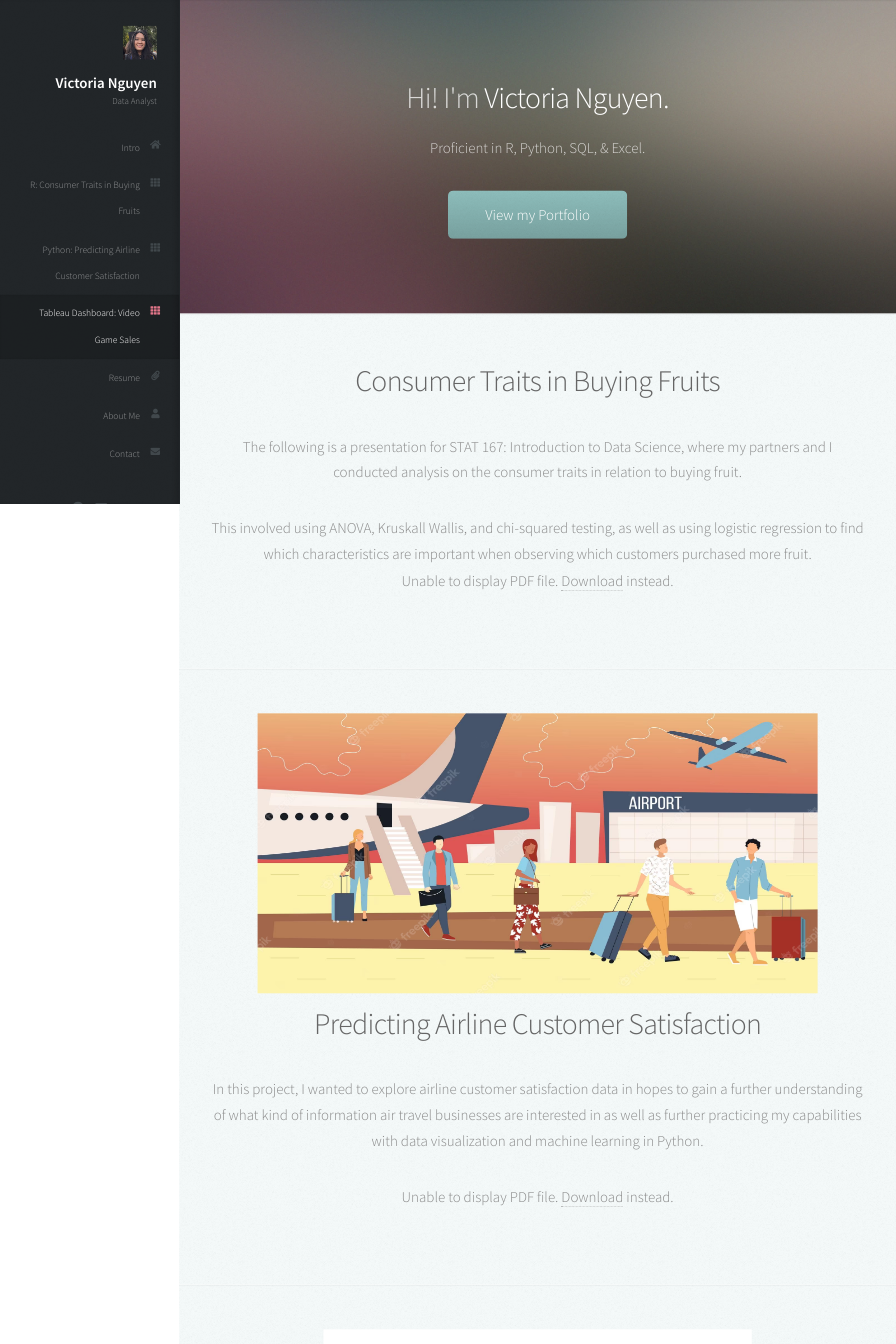
Repository: VictoriaTCNguyen/VictoriaTCNguyen
Page: index.html
The author's editor kept a copy of each file at every save. The page is drawn from the files as they stood at one save, then again after a run of saves.
The browser window is 1280 px wide. The pictures show the part of the page from y = 0 to 1920 px (the page is 5080 px tall before and 12207 px after), at 70% of full size.

Above is the page before, as saved 2023-08-21 10:49:15.

After the next 3 saves:
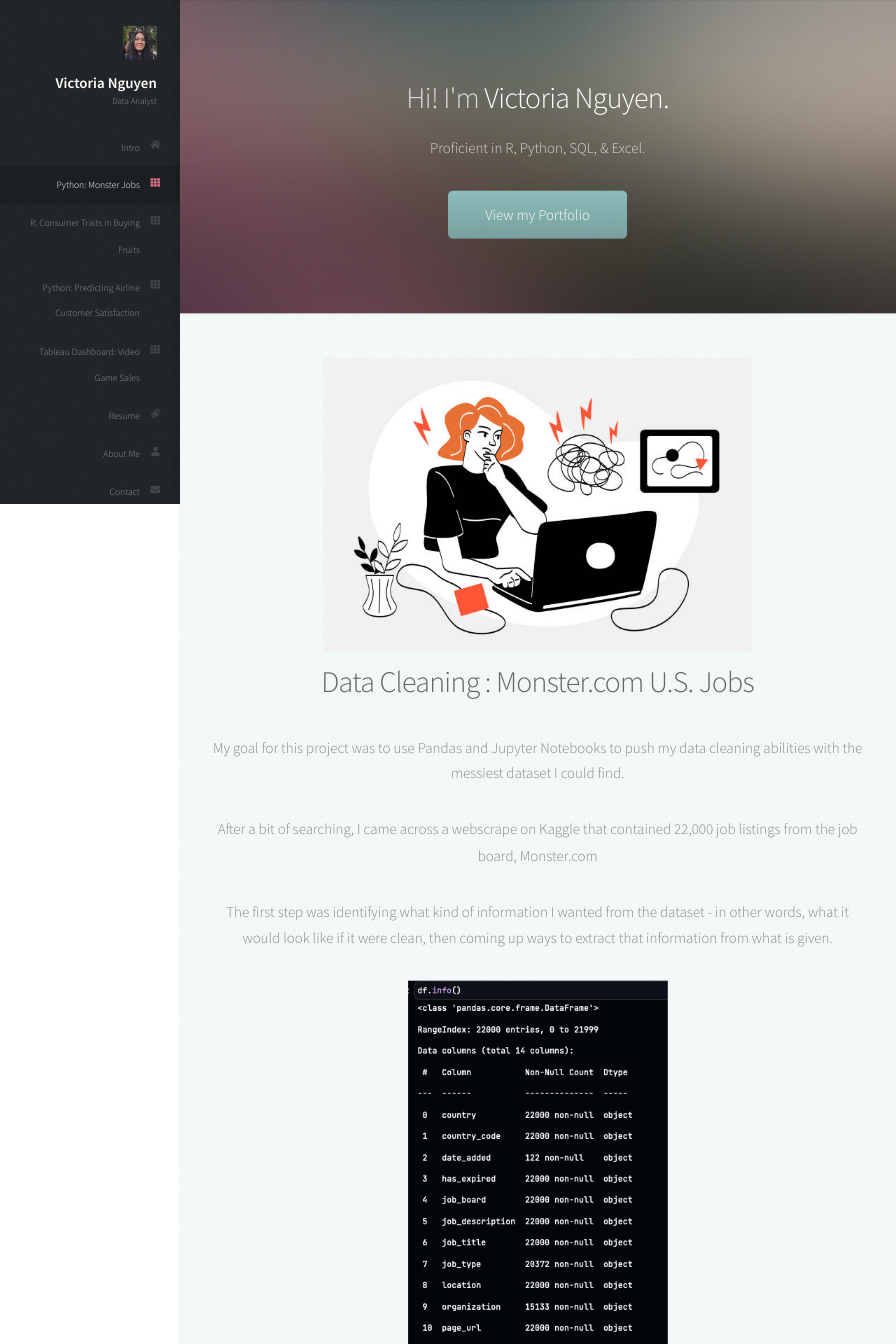
The 3 saves are shown as one change because they came seconds apart.
The last was saved 8 s later.
--- a/index.html
+++ b/index.html
@@ -30,6 +30,7 @@
 						<nav id="nav">
 							<ul>
 								<li><a href="#top" id="top-link"><span class="icon solid fa-home">Intro</span></a></li>
+								<li><a href="#portfolio" id="portfolio-link"><span class="icon solid fa-th">Python: Monster Jobs </span></a></li>
 								<li><a href="#portfolio2" id="portfolio-link"><span class="icon solid fa-th">R: Consumer Traits in Buying Fruits </span></a></li>
 								<li><a href="#portfolio3" id="portfolio-link"><span class="icon solid fa-th">Python: Predicting Airline Customer Satisfaction</span></a></li>
 								<li><a href="#portfolio4" id="portfolio-link"><span class="icon solid fa-th">Tableau Dashboard: Video Game Sales </span></a></li>
@@ -73,6 +74,90 @@
 					</section>
 
 
+				<!-- Portfolio1 -->
+				<section id="portfolio" class="two">
+					<div class="container">
+
+						<header>
+							<img src="images/istockphoto-1411855202-612x612.jpg" alt="Image of Kaggle dataset">
+							<h2>Data Cleaning : Monster.com U.S. Jobs</h2>
+						</header>
+
+						<div class="center">
+							<div class="col-4 col-12-mobile">
+
+								<p> My goal for this project was to use Pandas and Jupyter Notebooks to push my data cleaning abilities with the messiest
+									dataset I could find.</p>
+
+								<p> After a bit of searching, I came across a webscrape on Kaggle that contained 22,000 job listings from the job board,
+									Monster.com</p>
+
+								<p> The first step was identifying what kind of information I wanted from the dataset - in other words, what it would look
+									like if it were clean, then coming up ways to extract that information from what is given. </p>
+
+								<img src="images/1a.png" alt="">
+
+								<p>Upon initial investigation, I found that job descriptions could be found in the location and salary columns, locations
+									could be found in the organization column, some entries had the same information copied into every single column, salaries
+									were being entered as hourly wages, and some just had useless or nonsensical entries.  </p>
+
+									<img src="images/1c.png" alt="">
+
+								<p>The first issue I decided to tackle was the one I see most commonly in datasets: that multiple variables are being put into
+									 the same column and need to be parsed into their own, proper variables. The ‘job_types’ variable had two separate ways of
+									 distinguishing jobs from each other: full time vs. part time, and contract vs. employee. Other than that, this column was
+									 nicely formatted and all I needed to do was pull the right substrings from each of them. </p>
+
+								<img src="images/1b.png" alt="">
+
+								<p>Next, I tackled the locations column, which quickly proved to be the most difficult.  A good chunk of these were just entire
+									 job descriptions pasted in. My first idea was to shave off unwanted entries. As far as I’m aware, most location names
+									 could be spelled out in 50 characters or less. In addition, if an entire job description was pasted into this column,
+									  there would usually be a title, so I also searched for “Location:” in the longer entries. </p>
+
+								<img src="images/1d.png" alt="">
+
+								<p>After extracting the location from each of the job entries, I decided to pull the state & zip code from each location. </p>
+
+								<img src="images/1e.png" alt="">
+
+								<p>I then ran into an unexpected issue. Because state names are entered either by spelling out their full name or by their two
+									letter abbreviation, I thought I could simply search for any substring containing the abbreviated state names. However,
+									 many job descriptions would use capital letters in one way or another - whether it was the entire job description being
+									 capitalized or using capitalization to emphasize whole words or titles. Either way, I had to find a way around it. Thus,
+									  I used regex to find the two capital letters together with non-capital characters before and after.
+								</p>
+								<img src="images/1f.png" alt="">
+
+								<p>Now that the states were sorted, I moved onto the zipcodes. Thankfully, from the previous step, I was able to tinker with
+									a regex and similarly used one to pull strings containing five consecutive digits. This also kept me from accidentally
+									pulling any phone numbers that made it into this column. </p>
+
+								<img src="images/1g.png" alt="">
+
+								<p>The last bulk of my work was fixing the salary column. I had my work set out for me because I could see that it was a
+									jumble of salaries, hourly wages, vague descriptions of what their compensation might be, or just other benefits that
+									didn’t help candidates understand what pay they should be expecting. </p>
+
+								<img src="images/1h.png" alt="">
+
+								<p>I extracted all entries that mentioned “yearly” and “hourly”, and swapped the hourly salaries that were too outrageous
+									 to be true to yearly salaries, and vice-versa. I then shaved off excess characters to get plain numbers, then converted
+									 hourly wages to salaries. </p>
+
+								<img src="images/1i.png" alt="">
+
+								<p> Finally, the data was ready to be analyzed.</p>
+
+								<img src="images/1j.png" alt="">
+
+								<p></a></p>
+							</div>
+						</div>
+
+					</div>
+				</section>
+
 				<!-- Portfolio2 -->
 				<section id="portfolio2" class="two">
 					<div class="container">
